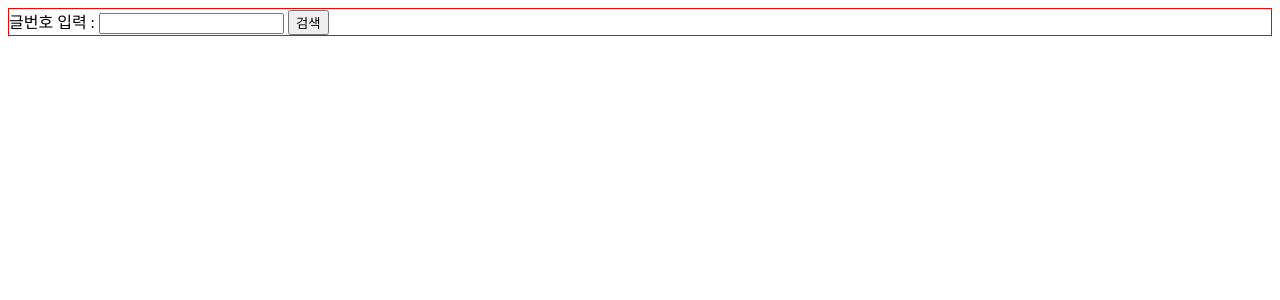
Repository: Gmajorlist/HTML
Page: guestbookServlet/src/main/webapp/guestbook/guestbookSearch.html
An editor plug-in stored every save of this project. The page is shown before and after the next save, followed by the edit.
The browser window is 1280 px wide. The pictures show the whole page.

Above is the page before, as saved 2023-03-02 02:02:24.

After the next save:
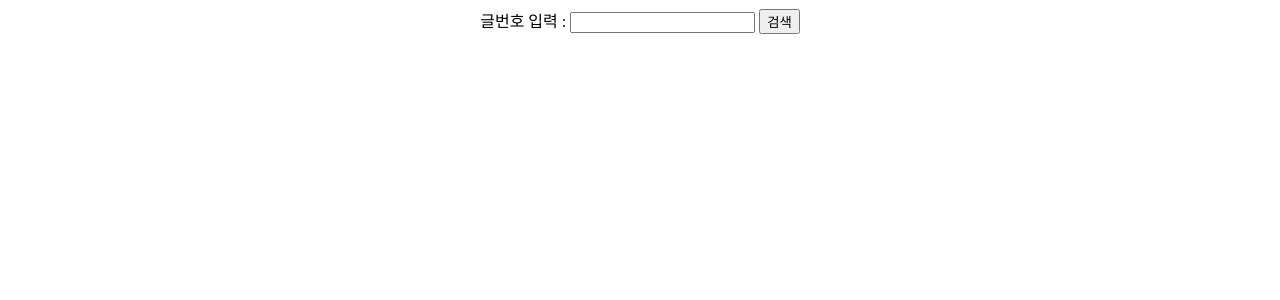
Saved 2 min 29 s later.
--- a/guestbookServlet/src/main/webapp/guestbook/guestbookSearch.html
+++ b/guestbookServlet/src/main/webapp/guestbook/guestbookSearch.html
@@ -13,7 +13,7 @@
 </head>
 <body style="background-color: white;">
 <form name="guestbookSearchForm" method="post" action="/guestbookServlet/GuestbookSearchServlet">
-<div <!-- style = "border: 1px solid red; --> text-align: center;">
+<div style = "text-align: center;">
 글번호 입력 : <input type="text" name="seq" id="seq" >
 <input type="button" value="검색" onclick="search()">
 <div id="seqDiv"></div>
